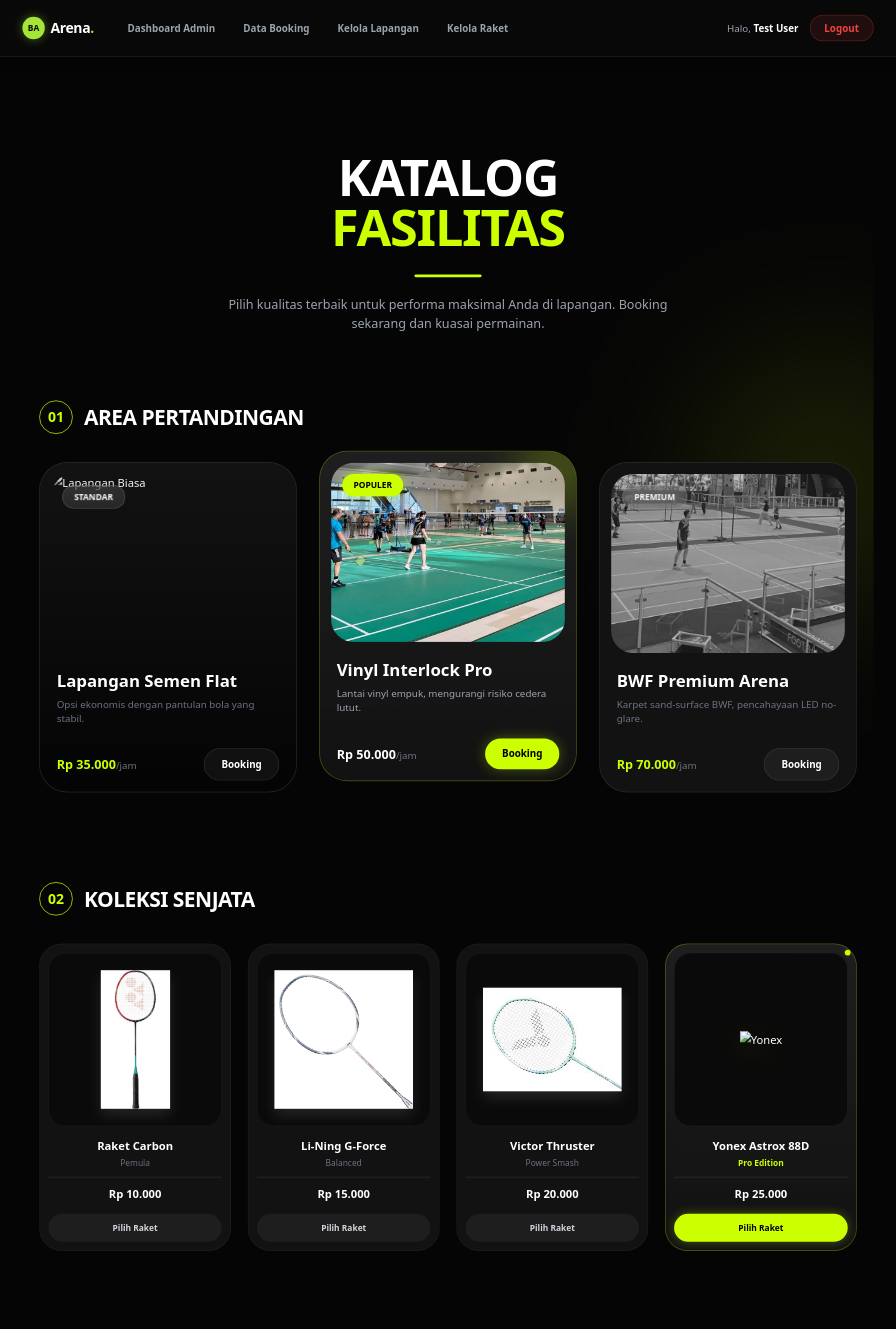
Repository: yvngpbl/badminton-booking-system
Page: http://localhost/lapangan
The author's editor kept a copy of each file at every save. The page is drawn from the files as they stood at one save, then again after the next save.
The browser window is 1280 px wide. The pictures show the whole page, at 70% of full size.
Some web libraries are served in a nearby version. The page is served by the project's Laravel application, run on PHP 8.4 with Laravel 12. A made-up administrator, Test User (test@example.com), is signed in. Queries for data that is not in the repository find no rows.

Above is the page before, as saved 2026-05-29 18:07:11.

After the next save:
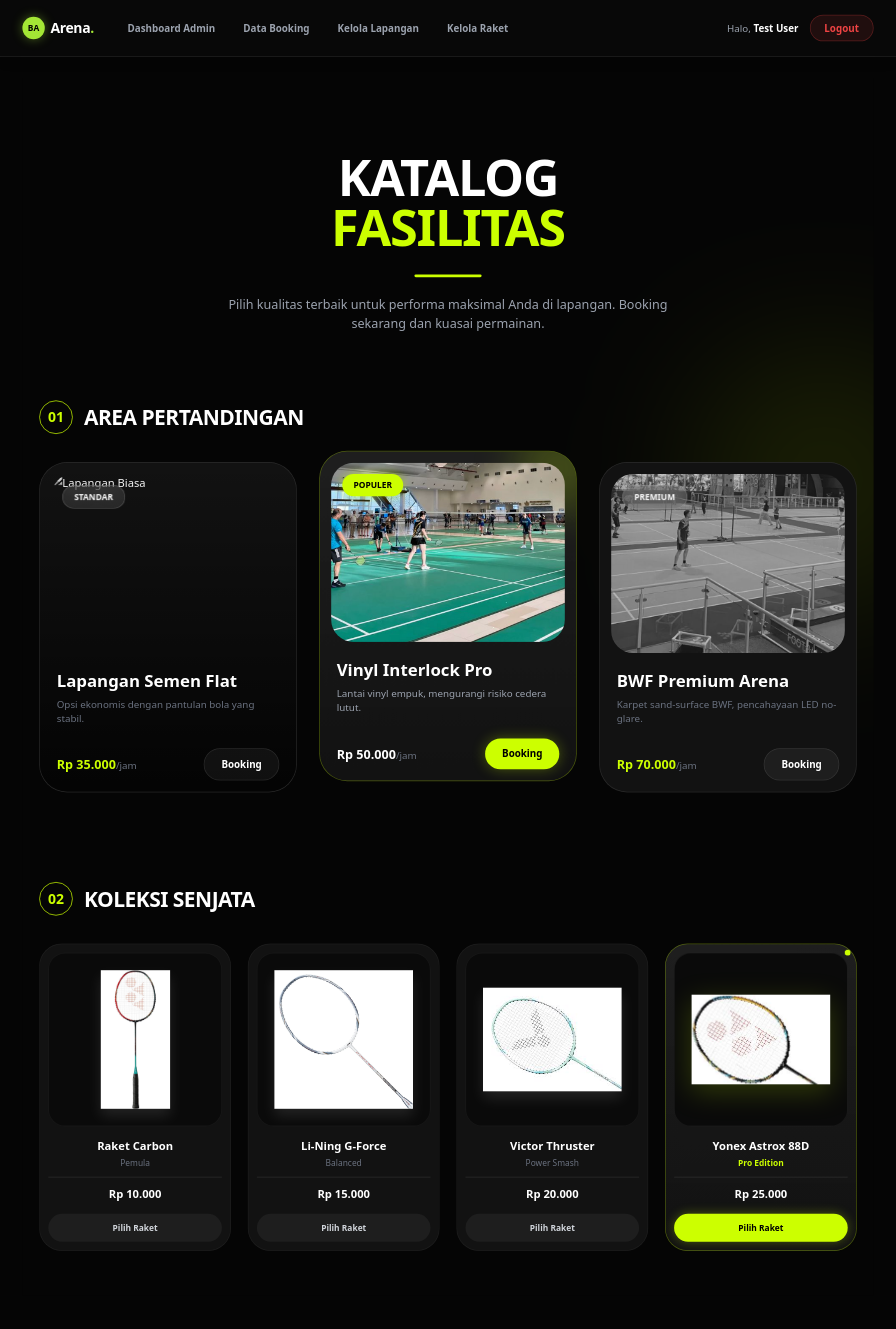
Saved 6 s later.
--- a/resources/views/user/lapangan.blade.php
+++ b/resources/views/user/lapangan.blade.php
@@ -168,7 +168,7 @@
                         <div class="absolute top-2 right-2 bg-neon w-2 h-2 rounded-full z-20"></div>
 
                         <div class="aspect-square overflow-hidden rounded-3xl mb-4 bg-[#0a0a0a] flex items-center justify-center p-6 border border-white/5">
-                            <img src="{{ asset('images/raket4.jpeg') }}" class="max-h-full group-hover:-rotate-12 group-hover:scale-110 transition duration-500 drop-shadow-[0_10px_20px_rgba(204,255,0,0.2)]" alt="Yonex">
+                            <img src="{{ asset('images/raket4.jpg') }}" class="max-h-full group-hover:-rotate-12 group-hover:scale-110 transition duration-500 drop-shadow-[0_10px_20px_rgba(204,255,0,0.2)]" alt="Yonex">
                         </div>
                         <div class="flex-grow pb-2 z-10">
                             <h5 class="font-bold text-white group-hover:text-neon transition">Yonex Astrox 88D</h5>
